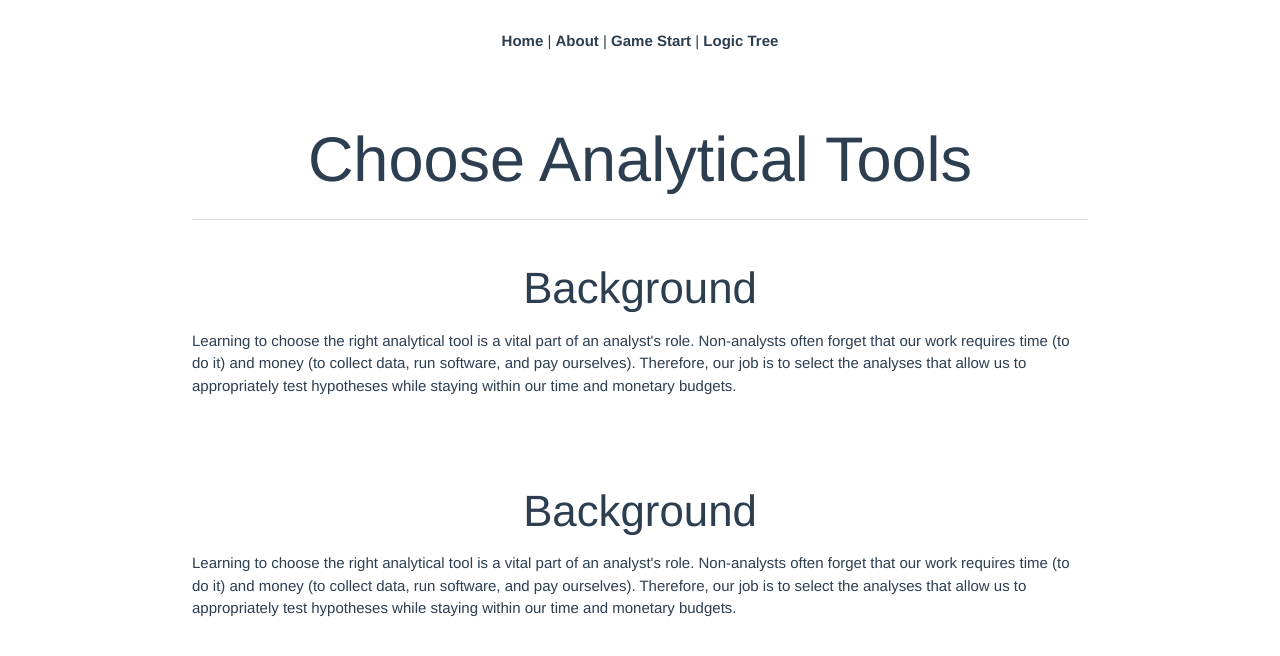
Repository: gallard28/posc4210app
Page: /#/choose_tools
These files come from the project's save history. The page is drawn as it stood at one moment and after the next save; the edit follows.
The browser window is 1280 px wide. The pictures show the whole page.
The project was rebuilt for these pictures with package versions that can differ from the ones it lists, and the page was loaded fresh each time. Also part of the build but not shown: src/views/Home.vue, src/views/Start.vue, src/views/Scenario.vue, src/views/Prioritize.vue.

Above is the page before, as saved 2020-09-20 21:39:44.

After the next save:
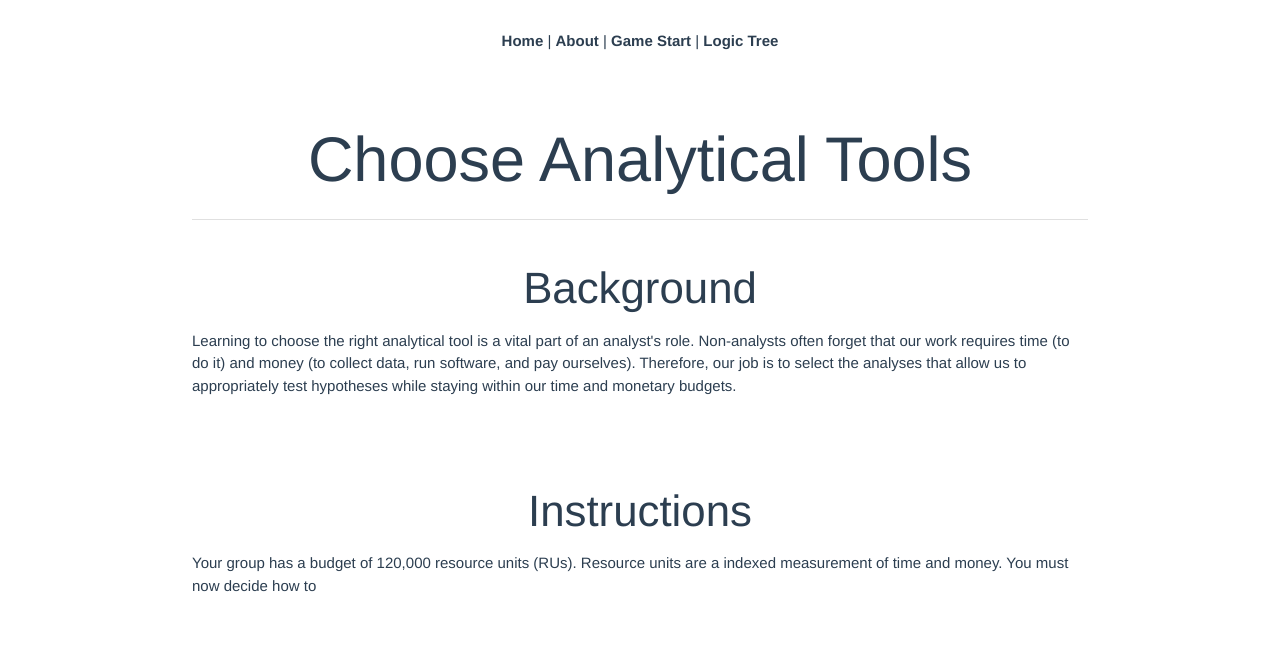
Saved 2 min 11 s later.
--- a/src/views/Choose_tools.vue
+++ b/src/views/Choose_tools.vue
@@ -8,8 +8,8 @@
           <p class="left-align">Learning to choose the right analytical tool is a vital part of an analyst's role. Non-analysts often forget that our work requires time (to do it) and money (to collect data, run software, and pay ourselves). Therefore, our job is to select the analyses that allow us to appropriately test hypotheses while staying within our time and monetary budgets.</p>
           <br>
           <br>
-          <h3>Background</h3>
-          <p class="left-align">Learning to choose the right analytical tool is a vital part of an analyst's role. Non-analysts often forget that our work requires time (to do it) and money (to collect data, run software, and pay ourselves). Therefore, our job is to select the analyses that allow us to appropriately test hypotheses while staying within our time and monetary budgets.</p>
+          <h3>Instructions </h3>
+          <p class="left-align">Your group has a budget of 120,000 resource units (RUs). Resource units are a indexed measurement of time and money. You must now decide how to  </p>
 
         </div>
       </div>
